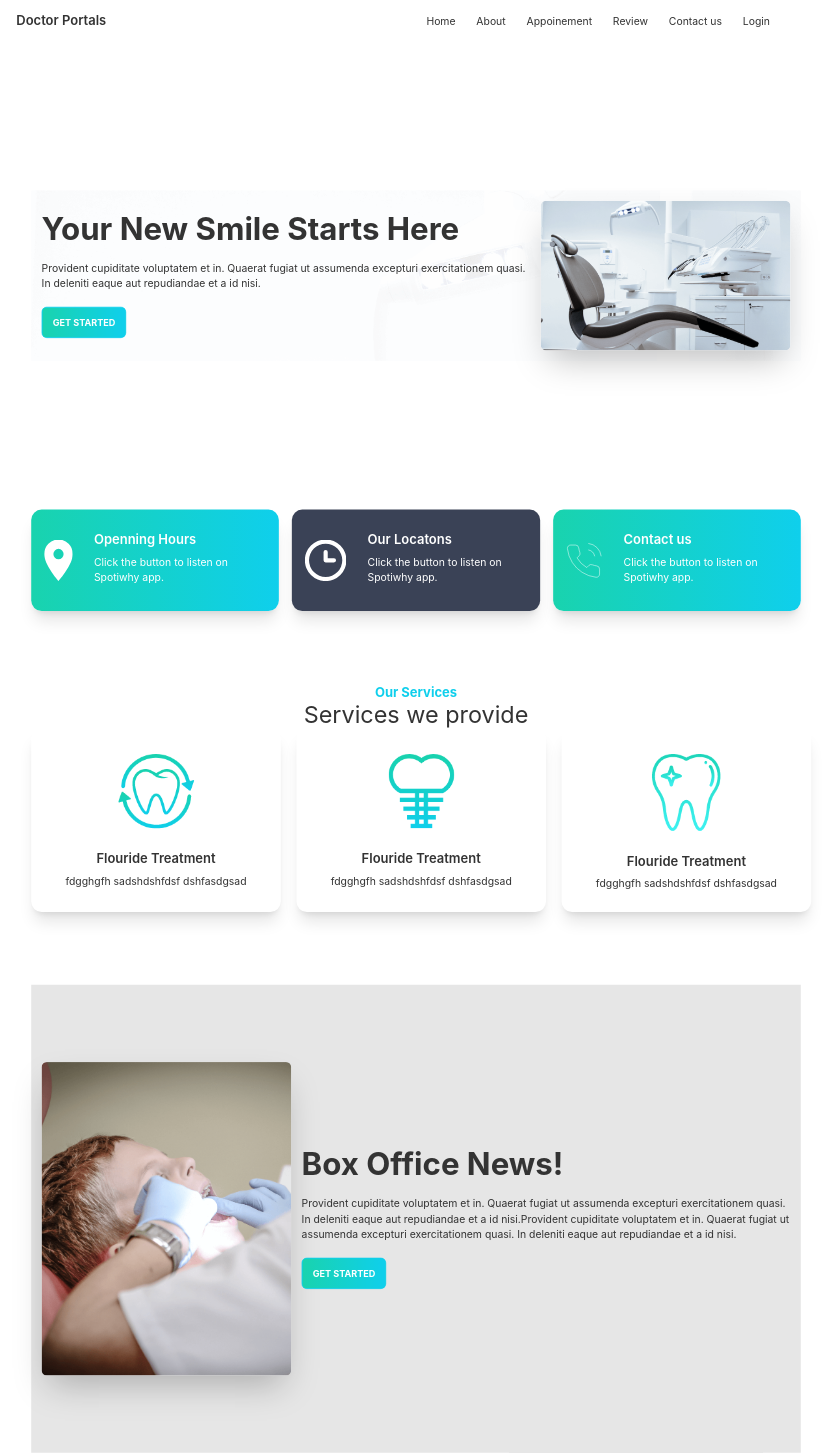
Repository: devsajid/doctors-portal-client
Page: /
The author's editor kept a copy of each file at every save. The page is drawn from the files as they stood at one save, then again after the next save.
The browser window is 1280 px wide. The pictures show the whole page, at 65% of full size.
Backgrounds fixed to the window are drawn as part of the page. The project was rebuilt for these pictures with package versions that can differ from the ones it lists, and the page was loaded fresh each time. Also part of the build but not shown: src/App.css, src/Pages/About/About.js, src/Pages/Appoinment/Appoinment.js, src/Pages/Contact/Contact.js, src/Pages/Login/Login.js, src/Pages/Review/Review.js.

Above is the page before, as saved 2022-08-05 22:35:46.

After the next save:
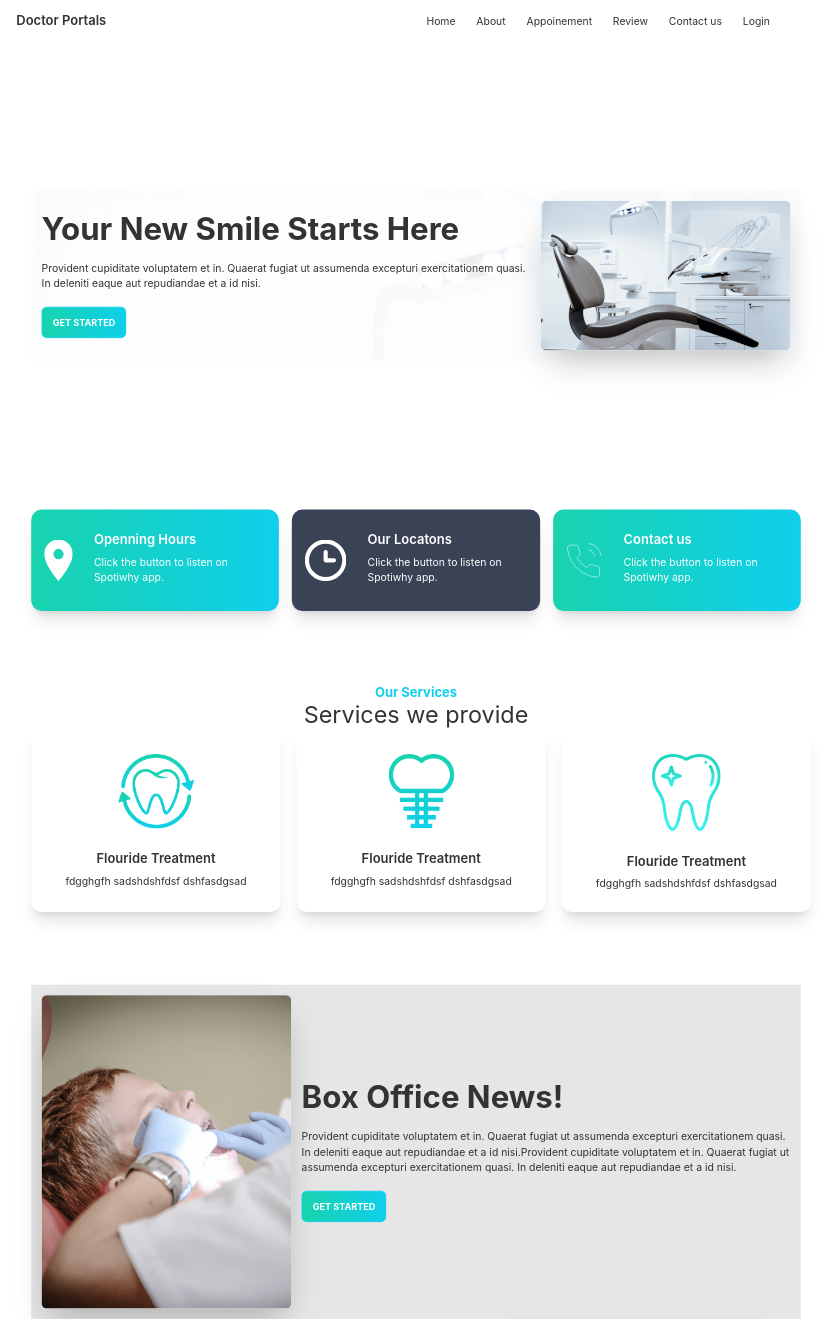
Saved 44 s later.
--- a/src/Pages/Terms/Terms.js
+++ b/src/Pages/Terms/Terms.js
@@ -3,7 +3,7 @@ import treatment from "../../assets/images/treatment.png";
 import PrimaryButton from "../Home/Share/Navbar/PrimaryButton/PrimaryButton";
 const Terms = () => {
   return (
-    <div class="hero min-h-screen bg-base-200">
+    <div class="hero  bg-base-200">
       <div class="hero-content flex-col lg:flex-row">
         <img
           src={treatment}
